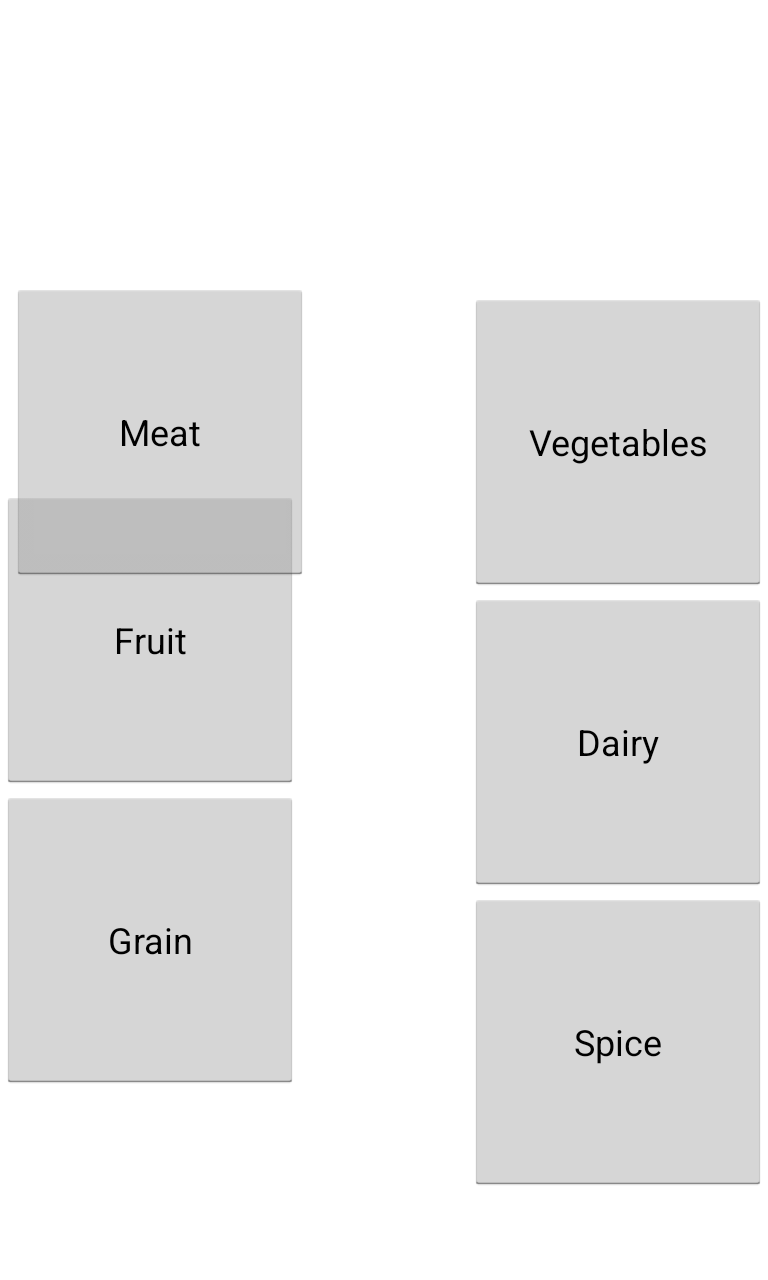
Repository: jmwood22/Boyardroid
Layout: Boyardroid/res/layout/activity_quick_recipe.xml
These files come from the project's save history. The layout is drawn as it stood at one moment and after the next save; the edit follows.
It is drawn on a 768 x 1280 px phone screen (xhdpi) without system bars, with theme AppTheme; the app's code is not run.

Above is the layout before, as saved 2013-02-22 02:04:58.

After the next save:
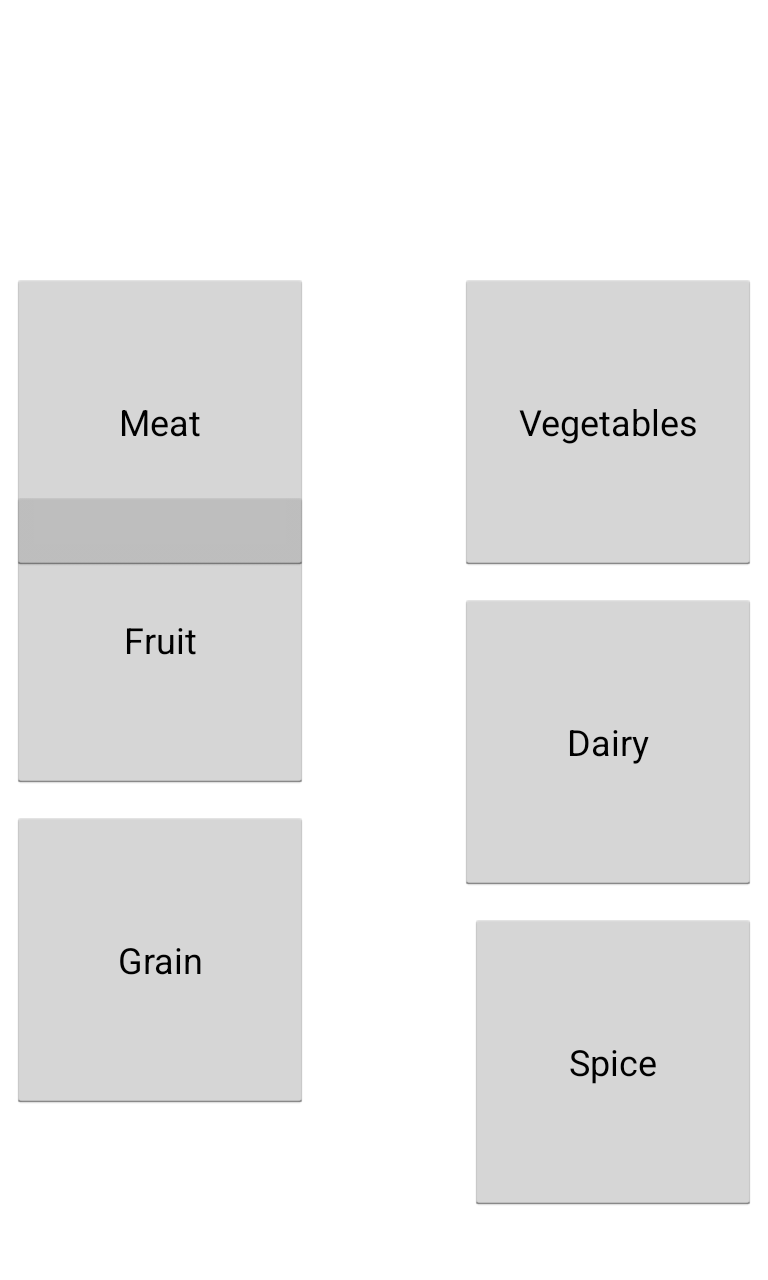
Saved 33 s later.
--- a/Boyardroid/res/layout/activity_quick_recipe.xml
+++ b/Boyardroid/res/layout/activity_quick_recipe.xml
@@ -11,6 +11,7 @@
         android:layout_alignBaseline="@+id/grains"
         android:layout_alignBottom="@+id/grains"
         android:layout_alignLeft="@+id/vegetables"
+        android:layout_margin="5dip"
         android:text="@string/spice" />
 
     <Button
@@ -19,6 +20,7 @@
         android:layout_height="150dp"
         android:layout_above="@+id/dairy"
         android:layout_alignParentRight="true"
+        android:layout_margin="5dip"
         android:text="@string/vegetable" />
 
     <Button
@@ -27,6 +29,7 @@
         android:layout_height="150dp"
         android:layout_alignParentLeft="true"
         android:layout_centerVertical="true"
+        android:layout_margin="5dip"
         android:text="@string/title_activity_fruit" />
 
     <Button
@@ -45,6 +48,7 @@
         android:layout_alignBaseline="@+id/fruit"
         android:layout_alignBottom="@+id/fruit"
         android:layout_alignParentRight="true"
+        android:layout_margin="5dip"
         android:text="@string/dairy" />
 
     <Button
@@ -53,6 +57,7 @@
         android:layout_height="150dp"
         android:layout_alignParentLeft="true"
         android:layout_below="@+id/fruit"
+        android:layout_margin="5dip"
         android:text="@string/grain" />
 
 </RelativeLayout>
